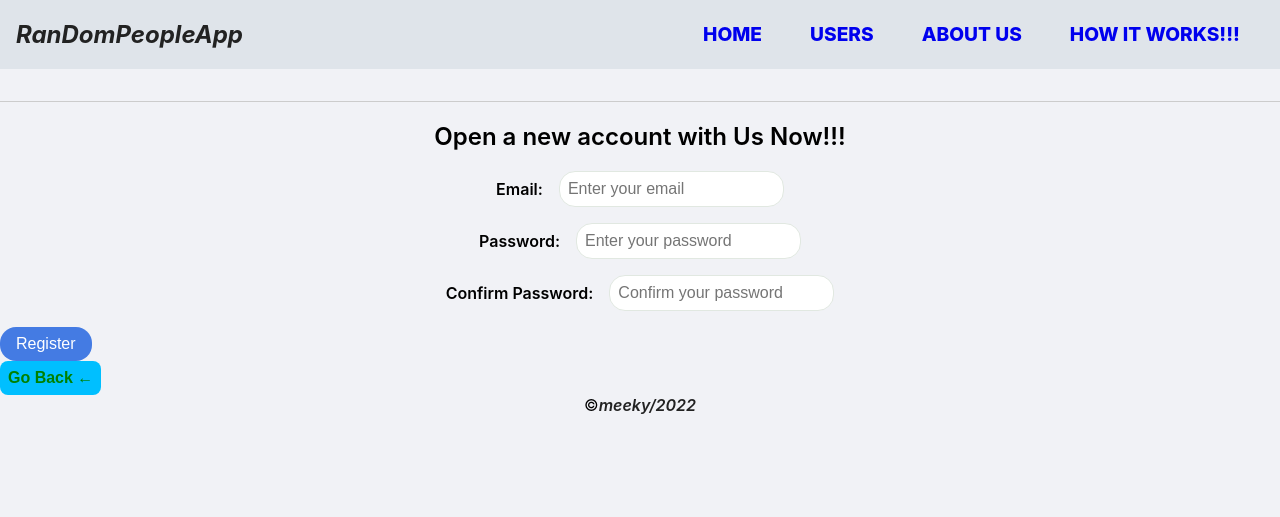
Repository: MikkyPrestige/RandomProfiles
Page: /register
An editor plug-in stored every save of this project. The page is shown before and after the next save, followed by the edit.
The browser window is 1280 px wide. The pictures show the whole page.
The page's requests for data from a server got no answer. The project was rebuilt for these pictures with package versions that can differ from the ones it lists, and the page was loaded fresh each time. Some packages were replaced by stand-ins written for this rebuild. No one was signed in, and anything a server would have sent is missing. Also part of the build but not shown: src/assets/styles/home.css, src/components/home.jsx, src/assets/styles/users.css, src/components/users.jsx, src/assets/styles/search.css, src/components/search.jsx, src/assets/styles/help.css, src/components/help.jsx and 9 more.

Above is the page before, as saved 2022-12-06 00:31:56.

### public/index.html
<!DOCTYPE html>
<html lang="en">

<head>
  <meta charset="utf-8" />
  <link rel="icon" href="%PUBLIC_URL%/favicon.ico" />
  <meta name="viewport" content="width=device-width, initial-scale=1" />
  <meta name="theme-color" content="#000000" />
  <meta name="description" content="Web site created using create-react-app" />
  <link rel="apple-touch-icon" href="%PUBLIC_URL%/logo192.png" />
  <!--
      manifest.json provides metadata used when your web app is installed on a
      user's mobile device or desktop. See https://developers.google.com/web/fundamentals/web-app-manifest/
    -->
  <link rel="manifest" href="%PUBLIC_URL%/manifest.json" />
  <!--
      Notice the use of %PUBLIC_URL% in the tags above.
      It will be replaced with the URL of the `public` folder during the build.
      Only files inside the `public` folder can be referenced from the HTML.

      Unlike "/favicon.ico" or "favicon.ico", "%PUBLIC_URL%/favicon.ico" will
      work correctly both with client-side routing and a non-root public URL.
      Learn how to configure a non-root public URL by running `npm run build`.
    -->
  <title>AltSchool Assignment 2</title>
</head>

<body>
  <noscript>You need to enable JavaScript to run this app.</noscript>
  <div id="root"></div>
  <!--
      This HTML file is a template.
      If you open it directly in the browser, you will see an empty page.

      You can add webfonts, meta tags, or analytics to this file.
      The build step will place the bundled scripts into the <body> tag.

      To begin the development, run `npm start` or `yarn start`.
      To create a production bundle, use `npm run build` or `yarn build`.
    -->
</body>

</html>

### src/index.css
body {
  margin: 0;
  font-family: -apple-system, BlinkMacSystemFont, 'Segoe UI', 'Roboto', 'Oxygen',
    'Ubuntu', 'Cantarell', 'Fira Sans', 'Droid Sans', 'Helvetica Neue',
    sans-serif;
  -webkit-font-smoothing: antialiased;
  -moz-osx-font-smoothing: grayscale;
  background-color: #f1f2f6;
}

code {
  font-family: source-code-pro, Menlo, Monaco, Consolas, 'Courier New',
    monospace;
}

### src/App.jsx
import * as React from "react";
import { ErrorBoundary } from "react-error-boundary";
import { Route, Routes } from "react-router-dom";
import {
  Layout,
  Home,
  Users,
  Search,
  Help,
  About,
  Error,
  ErrorFallBack,
  Profile,
  ProfileDisplay,
  Register,
  UpdatePassword,
  Footer,
} from "./components";

const App = () => {
  return (
    <div className="App">
      <main>
        <ErrorBoundary FallbackComponent={ErrorFallBack}>
          <Layout />
          <Routes>
            <Route path="/" element={<Home />} />
            <Route path="users">
              <Route index element={<Users />} />
              <Route path=":id" element={<Search />} />
            </Route>
            <Route path="profile" element={<Profile />} />
            <Route path="profileDisplay" element={<ProfileDisplay />} />
            <Route path="register" element={<Register />} />
            <Route path="update" element={<UpdatePassword />} />
            <Route path="help" element={<Help />} />
            <Route path="about" element={<About />} />
            <Route path="*" element={<Error />} />
          </Routes>
        </ErrorBoundary>
        <Footer />
      </main>
    </div>
  );
};

export default App;

### src/components/index.js
export {  Layout, Back } from "./layout";
export { default as Home } from "./home";
export { default as Users } from "./users";
export { default as Search } from "./search";
export { default as Help } from "./help";
export { default as About } from "./about";
export { default as Error } from "./error";
export { default as ErrorFallBack } from "./errorFallback";
export { default as Profile } from "./profile";
export { default as ProfileDisplay } from "./profileDisplay";
export { default as Register } from "./register";
export { default as UpdatePassword } from "./update";
export { Footer } from "./avatar";

### src/components/layout.jsx
// LAYOUT COMPONENT - This component is for the App Layout that displays the Navigation bar in the app UI to the user when app is open

import { useState } from "react";
import { NavLink } from "react-router-dom";
import "../assets/styles/layout.css";

const CustomNavLink = ({ to, ...props }) => {
  let activeStyle = {
    textDecoration: 'underline',
    color: 'red',
  };

  return (
    <NavLink
      style={({ isActive }) =>
        isActive ? activeStyle : { textDecoration: 'none' }
      }
      to={to}
      end
      {...props}
    />
  );
};


const Layout = () => {

  return (
    <nav className="layout">
      <div className="app-header">
        <h1>RanDomPeopleApp</h1>
      </div>
      <div className="nav__items">
        <CustomNavLink to="/" className="nav__item">Home</CustomNavLink>
        <CustomNavLink to="profile" className="nav__item">Users</CustomNavLink>
        <CustomNavLink to="about" className="nav__item">About us</CustomNavLink>
        <CustomNavLink to="help" className="nav__item">How it works!!!</CustomNavLink>
      </div>
    </nav>
  );
}

//  Navigate back home button
const Back = () => {
  const [isHover, setIsHover] = useState(false);

  const handleMouseEnter = () => {
    setIsHover(true);
 };

  const handleMouseLeave = () => {
    setIsHover(false);
  };

  const style = {
      border: "none",
      borderRadius: ".5rem",
      padding: " .5rem",
      fontSize: "1rem",
      fontWeight: "600",
      cursor: "pointer",
      backgroundColor: isHover ? 'lightblue' : 'rgb(0, 191, 255)',
      color: isHover ? '#f00' : 'green',
    }

  return(
  <NavLink
    to="/"
    className="back__button"
  >
    <button style={style}
      onMouseEnter={handleMouseEnter}
      onMouseLeave={handleMouseLeave}
    >Go Back ← </button>
  </NavLink>
  );
};

export { Layout, Back };

### src/components/register.jsx
import {
  auth,
  onAuthStateChanged,
  createUserWithEmailAndPassword,
} from "../config";
import { useEffect, useState } from "react";
import { useNavigate } from "react-router-dom";
import "../assets/styles/profile.css";
import { Back } from "./layout";

const Register = () => {
  const [user, setUser] = useState(null);
  const [email, setEmail] = useState("");
  const [password, setPassword] = useState("");
  const [confirmPassword, setConfirmPassword] = useState("");
  const [error, setError] = useState("");

  const navigate = useNavigate();

  useEffect(() => {
    onAuthStateChanged(auth, (user) => {
      if (user) {
        navigate("/profileDisplay");
      } else {
        setUser(null);
      }
    });
  }, [navigate]);

  const handleRegister = (e) => {
    e.preventDefault();
    createUserWithEmailAndPassword(auth, email, password, confirmPassword)
      .then(() => {
        // Signed in
        console.log("User account created & signed in!");
      })
      .catch((error) => {
        if (error.code === "auth/email-already-in-use") {
          setError("This email address is already in use!");
        }
        if (error.code === "auth/invalid-email") {
          setError("This email address is invalid!");
        }
        if (error.code === "auth/weak-password") {
          setError("Password should be at least 6 characters");
        }
        if (confirmPassword !== password) {
          setError("Passwords do not match!");
        }
        console.error(error);
      });
  };

  return (
    <div className="register">
      <div className="register__container">
        <h2 className="register__title">Open a new account with Us Now!!!</h2>
        <form onSubmit={handleRegister} className="register__form">
          <div className="register__group">
            <label htmlFor="email" className="register__label">
              Email:
            </label>
            <input
              type="email"
              name="email"
              value={email}
              placeholder="Enter your email"
              onChange={(e) => setEmail(e.target.value)}
              className="register__input"
            />
          </div>
          <div className="register__group">
            <label htmlFor="password" className="register__label">
              Password:
            </label>
            <input
              type="password"
              name="password"
              placeholder="Enter your password"
              value={password}
              onChange={(e) => setPassword(e.target.value)}
              className="register__input"
            />
          </div>
          <div className="register__group">
            <label htmlFor="confirmPassword" className="register__label">
              Confirm Password:
            </label>
            <input
              type="password"
              name="confirmPassword"
              placeholder="Confirm your password"
              value={confirmPassword}
              onChange={(e) => setConfirmPassword(e.target.value)}
              className="register__input"
            />
          </div>
          {error && <p className="error">{error}</p>}
          <button type="submit" className="sign__btn">
            Register
          </button>
        </form>
      </div>
      <Back />
    </div>
  );
};

export default Register;

### src/components/avatar.jsx
// AVATAR COMPONENT - This component is for the Images used in the app.

import "../assets/styles/layout.css";

export const Avatar = ({ image = "", alt = "", style = {} }) => {
  return (
    <div className="avatar">
      <img src={image} alt={alt} style={style} />
    </div>
  );
};

// FOOTER COMPONENT - for the attribution

export const Footer = () => {
  return (
    <div className="attribution">
      <footer>
        &copy;
        <a
          href="https://github.com/MeekyBerry"
          target="_blank"
          rel="noreferrer"
          className="footer"
        >
          meeky/2022
        </a>
      </footer>
    </div>
  );
};

### src/assets/styles/layout.css
.layout {
  background-color: #dfe4ea;
  padding: 0rem 1rem;
  color: #222;
  display: flex;
  align-items: center;
  justify-content: space-between;
}

.app-header {
  font-style: italic;
}

.nav__items {
  display: flex;
  align-items: center;
  list-style: none;
  flex-wrap: wrap;
}

.nav__item {
  font-size: 1.2rem;
  font-weight: 800;
  padding: 1rem 1.5rem;
  text-transform: uppercase;
}

.attribution {
  text-align: center;
}

.footer {
  color: #222;
  text-decoration: none;
  cursor: pointer;
  font-style: italic;
  font-weight: 600;
}

### src/config/index.js
// Import the functions you need from the SDKs you need
import { initializeApp } from "firebase/app";
import {
  getAuth,
  signInWithRedirect,
  GoogleAuthProvider,
  getRedirectResult,
  onAuthStateChanged,
  createUserWithEmailAndPassword,
  // RecaptchaVerifier,
  // signInWithPhoneNumber,
  signInWithEmailAndPassword,
  sendPasswordResetEmail,
  updatePassword,
  signOut,
  deleteUser,
} from "firebase/auth";

// web app's Firebase configuration
const firebaseConfig = {
  apiKey: "AIzaSyCfrfw6chi091bWLqJvanxAUTxgJ5XqEu0",
  authDomain: "random-people-app.firebaseapp.com",
  projectId: "random-people-app",
  storageBucket: "random-people-app.appspot.com",
  messagingSenderId: "1097586453252",
  appId: "1:1097586453252:web:4575afe7663a752ae77e51",
};

// Initialize Firebase
const app = initializeApp(firebaseConfig);
// Setup Google auth provider
const provider = new GoogleAuthProvider();

const auth = getAuth();

export {
  app,
  provider,
  auth,
  signInWithRedirect,
  getRedirectResult,
  onAuthStateChanged,
  createUserWithEmailAndPassword,
  // RecaptchaVerifier,
  // signInWithPhoneNumber,
  signInWithEmailAndPassword,
  sendPasswordResetEmail,
  updatePassword,
  signOut,
  deleteUser,
};

### src/assets/styles/profile.css
.profile {
  padding: 2rem;
  height: 100%;
}

.or {
  font-size: 1.5rem;
  color: #7fffd4;
  font-weight: bold;
  margin: 1rem 0;
}

.profile__container {
  display: flex;
  flex-direction: column;
  align-items: center;
  justify-content: center;
}

.profile__desc {
  text-align: center;
  max-width: 500px;
  width: 100%;
}

.profile__user {
  background-color: #fff;
  border: 2px solid #e1e8e1;
  border-radius: 1rem;
  box-shadow: 0 0 1rem rgba(0, 0, 0, 0.3);
  padding: 1rem 0;
}

.profile__title {
  font-size: 2rem;
  font-weight: 600;
  font-style: oblique;
}

.profile__paragraph {
  margin: 2rem 0;
}

.profile__detail {
  font-size: 1.2rem;
  font-weight: 400;
}

.profile__link {
  font-size: 1.2rem;
  font-weight: 600;
  background-color: #0651dd;
  color: #f1f2f6;
  padding: 0.4rem;
  border-radius: 0.5rem;
  text-decoration: none;
}

.profile__link:hover {
  background-color: #1550bd;
  color: #fff;
  text-decoration: underline;
}

.profile__buttons {
  display: flex;
  flex-direction: column;
  align-items: center;
  gap: .5rem;
}

.btn__wrapper {
  display: flex;
  justify-content: center;
  align-items: center;
  gap: 5rem;
  margin-top: .5rem;
}

.btn__link {
  font-size: 1.3rem;
  font-weight: 600;
  color: green;
  text-decoration: none;
}

.btn__link:hover {
  text-decoration: underline;
}

.btn {
  background-color: #e1e8e1;
  color: red;
  border: none;
  border-radius: 1rem;
  padding: .5rem;
  font-size: 1rem;
  cursor: pointer;
}

.btn:hover {
  background-color: #d1d8d1;
  color: #0651ddbb;
}

.btn:active {
  background-color: #c1c8c1;
  color: #0651ddbb;
}

.sign__btn {
  background-color: #0651ddbb;
  color: #fff;
  border: none;
  border-radius: 1rem;
  padding: .5rem 1rem;
  font-size: 1rem;
  cursor: pointer;
}

.sign__btn:hover {
  background-color: #0651dd;
  color: #fff;
}

.sign__btn:active {
  background-color: #0651dd;
  color: #fff;
}

.sign__heading {
  font-size: 1.2rem;
  font-weight: 600;
  text-align: center;
  margin-bottom: 1rem;
}

.sign__form {
  display: flex;
  flex-direction: column;
  justify-content: center;
  align-items: center;
}

.sign__label {
  font-size: 1rem;
  font-weight: 600;
  margin-bottom: .5rem;
}

.sign__input {
  border: 1px solid #e1e8e1;
  border-radius: 1rem;
  padding: .5rem;
  font-size: 1rem;
  margin-bottom: 1rem;
}

.sign__input:focus {
  outline: none;
}

.register__container {
  margin-top: 2rem;
  border-top: 1px solid #ccc;
}

.register__title {
  font-size: 1.5rem;
  font-weight: 600;
  text-align: center;
}

.register__group {
  display: flex;
  justify-content: center;
  align-items: center;
  gap: 1rem;
  margin: 1rem;
}

.register__label {
  font-size: 1rem;
  font-weight: 600;
}

.register__input {
  border: 1px solid #e1e8e1;
  border-radius: 1rem;
  padding: .5rem;
  font-size: 1rem;
}

.register__input:focus {
  outline: none;
}

.error {
  color: red;
  font-size: 1rem;
  font-weight: 600;
  margin-top: -.8rem;
}

Loaded but not shown: src/index.js (common file)

After the next save:
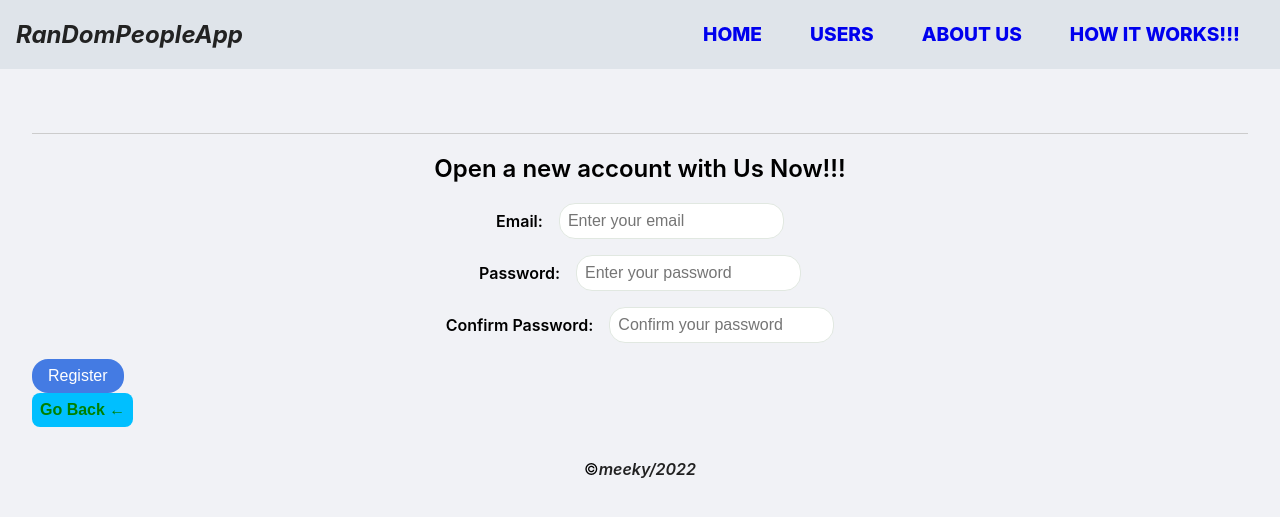
Saved 44 s later.
--- a/src/assets/styles/profile.css
+++ b/src/assets/styles/profile.css
@@ -160,6 +160,11 @@
   outline: none;
 }
 
+.register {
+  padding: 2rem;
+  height: 100%;
+}
+
 .register__container {
   margin-top: 2rem;
   border-top: 1px solid #ccc;
